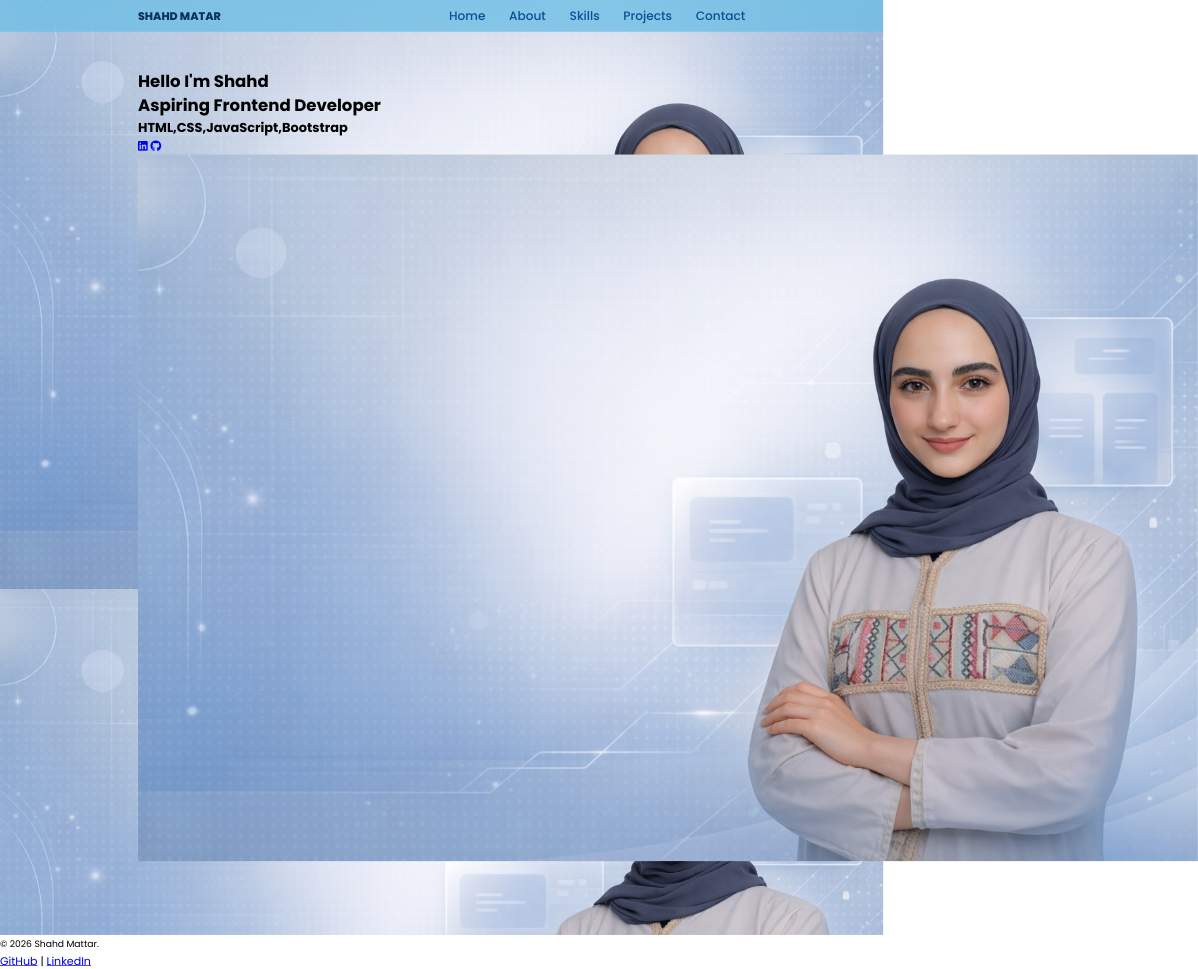
Repository: shahdmattar/personal-landing-page
Page: index.html
An editor plug-in stored every save of this project. The page is shown before and after a run of saves, followed by the edit.
The browser window is 1280 px wide. The page is 1736 px wide, then 1280 px, so the pictures cover 1736 px, including what lies to the right of the window. The pictures show the whole page, at 69% of full size.
Backgrounds fixed to the window are drawn as part of the page.

Above is the page before, as saved 2026-04-15 02:20:25.

After the next 2 saves:
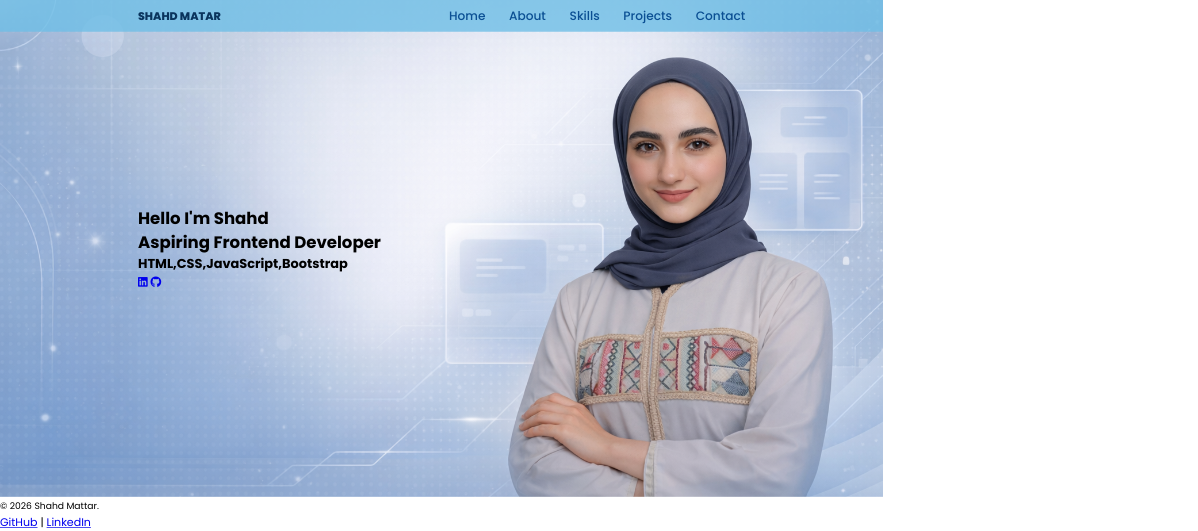
The 2 saves are shown as one change because they came seconds apart.
The last was saved 11 s later.
--- a/index.html
+++ b/index.html
@@ -30,15 +30,12 @@
 
 
       <section class="main">
-        <div  class="main-text">
+        <div>
           <h2>Hello I'm Shahd<br> <span>Aspiring Frontend Developer</span></h2>
           <h3>HTML,CSS,JavaScript,Bootstrap</h3>
           <div class="social-icons">
             <a href="https://www.linkedin.com/in/shahd-matar-957608368"><i class="fab fa-linkedin"></i></a>
             <a href="https://github.com/shahdmattar"><i class="fab fa-github"></i></a>
-          </div>
-          <div class="main-image">
-              <img src="images/background.png" alt="Shahd">
           </div>
         </div>
 
